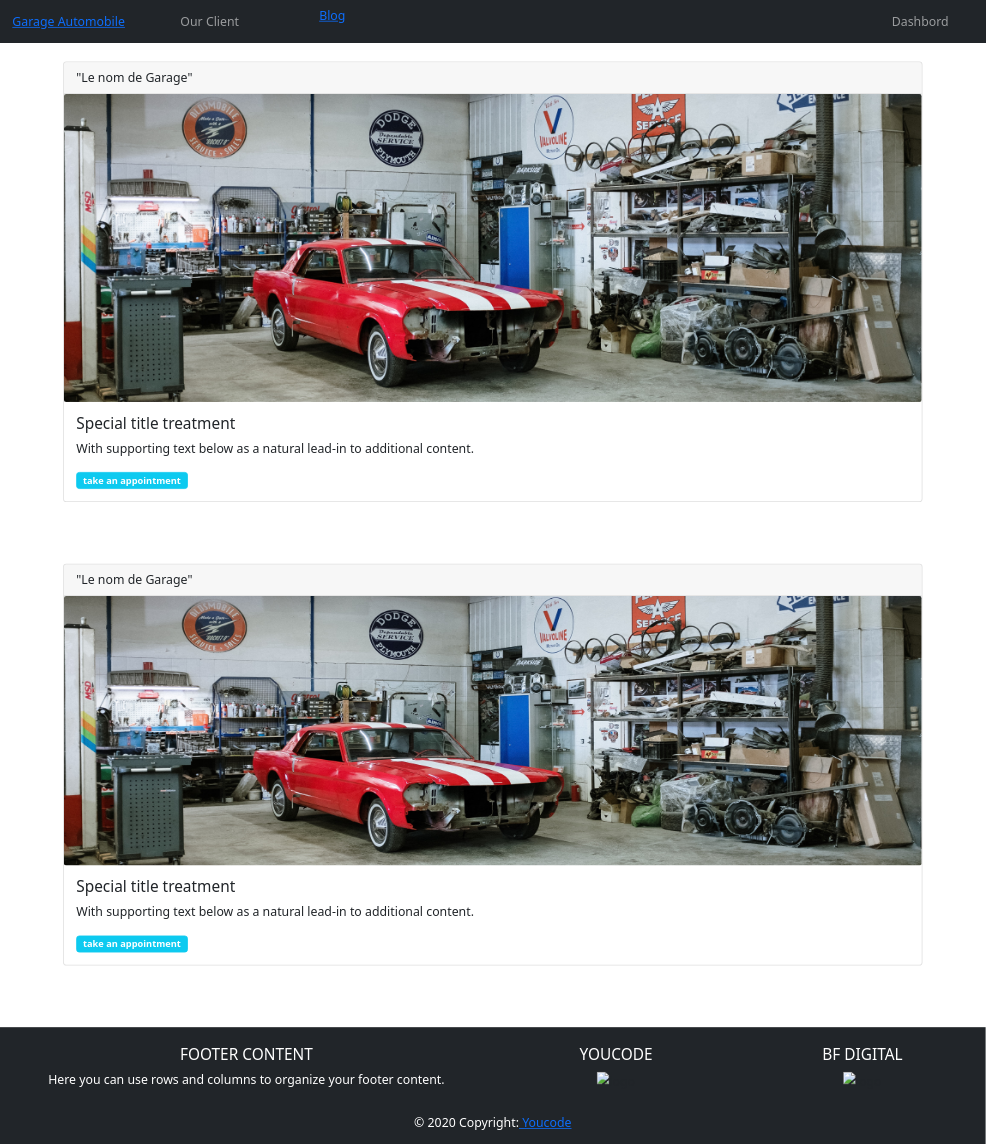
Repository: abdelhak-f/Fil-Rouge
Page: /Blog (app in client/)
These files come from the project's save history. The page is drawn as it stood at one moment and after the next save; the edit follows.
The browser window is 1280 px wide. The pictures show the whole page, at 77% of full size.
The project was rebuilt for these pictures with package versions that can differ from the ones it lists, and the page was loaded fresh each time. Also part of the build but not shown: client/src/components/Text.jsx, client/src/components/forms/FirstFrontForm.jsx, client/src/components/Body.jsx.

Above is the page before, as saved 2021-09-08 15:33:46.

After the next save:
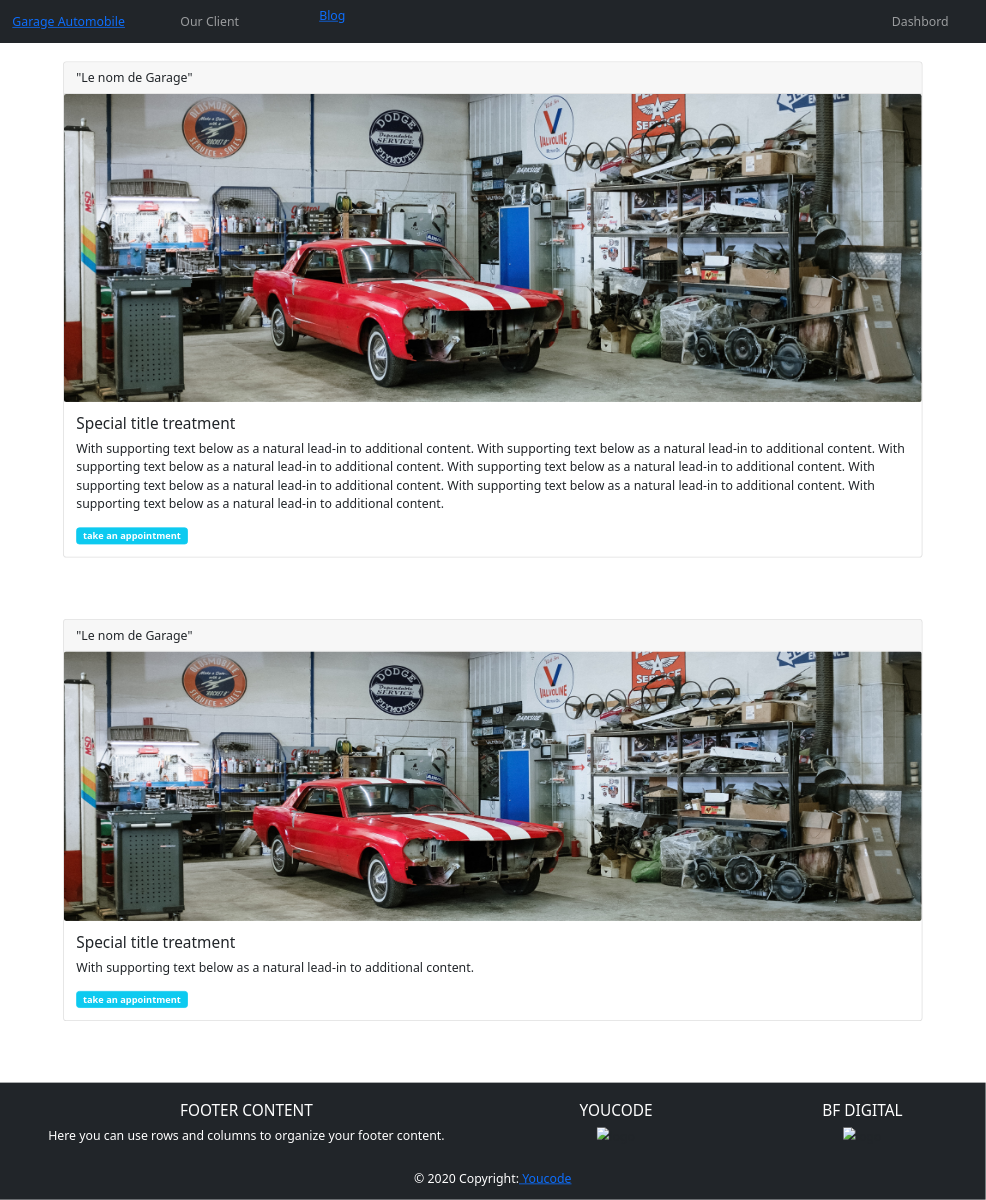
Saved 60 s later.
--- a/client/src/components/Blog.jsx
+++ b/client/src/components/Blog.jsx
@@ -16,6 +16,12 @@ function Blog() {
             <Card.Body>
             <Card.Title>Special title treatment</Card.Title>
             <Card.Text>
+                 With supporting text below as a natural lead-in to additional content.
+                 With supporting text below as a natural lead-in to additional content.
+                 With supporting text below as a natural lead-in to additional content.
+                 With supporting text below as a natural lead-in to additional content.
+                 With supporting text below as a natural lead-in to additional content.
+                 With supporting text below as a natural lead-in to additional content.
                  With supporting text below as a natural lead-in to additional content.
             </Card.Text>
             <div>
